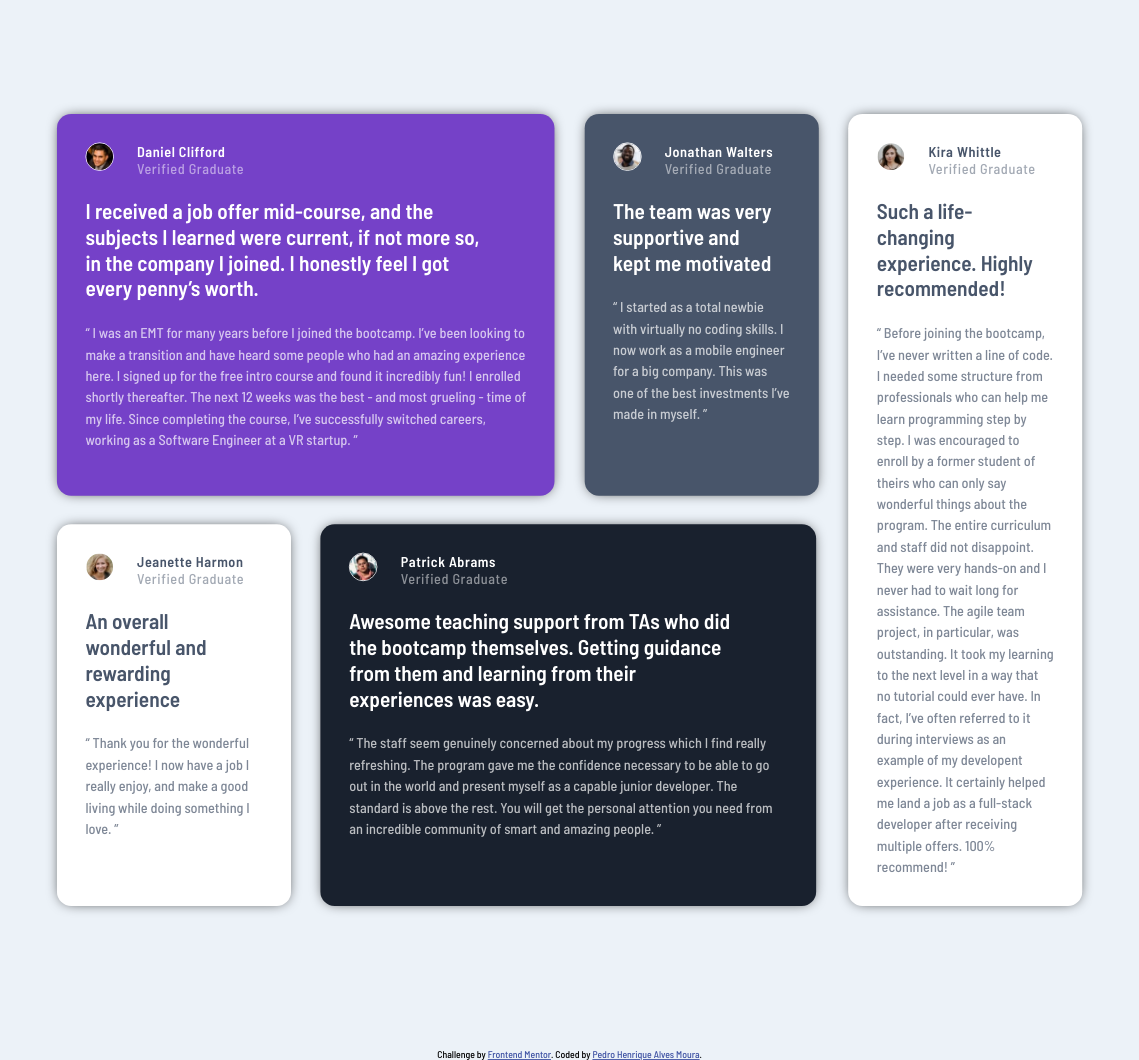
Repository: Pedrohamoura-Git/Frontend-Mentor-Challenges
Page: Junior/testimonials-grid-section-main/index.html
These files come from the project's save history. The page is drawn as it stood at one moment and after the next save; the edit follows.
The browser window is 1280 px wide. The pictures show the whole page, at 89% of full size.

Above is the page before, as saved 2021-06-02 10:07:22.

### Junior/testimonials-grid-section-main/index.html
<!DOCTYPE html>
<html lang="en">
<head>
  <meta charset="UTF-8">
  <meta name="viewport" content="width=device-width, initial-scale=1.0"> <!-- displays site properly based on user's device -->

  <link rel="stylesheet" href="css/style.css">

  <title>Frontend Mentor | [Challenge Name Here]</title>

  <!-- Feel free to remove these styles or customise in your own stylesheet 👍 -->
  <style>
    .attribution { font-size: 11px; text-align: center; }
    .attribution a { color: hsl(228, 45%, 44%); }
  </style>
</head>
<body>

  <div id="wrapper">
    <div id="cards">
      <div id="card1">
        <header>
          <div class="picture">
            <img  src="images/image-daniel.jpg" alt="Daniel Clifford's Picture">
          </div>

          <div class="profile">
            <p>Daniel Clifford</p>
            <p class="status">Verified Graduate</p>
          </div>
          <div class="quotes"></div>
        </header>


        <h2>I received a job offer mid-course, and the subjects I learned were current, if not more so, in the company I joined. I honestly feel I got every penny’s worth.</h2>

        <p class="reviews">“ I was an EMT for many years before I joined the bootcamp. I’ve been looking to make a transition and have heard some people who had an amazing experience here. I signed up for the free intro course and found it incredibly fun! I enrolled shortly thereafter. The next 12 weeks was the best - and most grueling - time of my life. Since completing the course, I’ve successfully switched careers, working as a Software Engineer at a VR startup. ”</p>
      </div>

      <div id="card2">
        <header>
          <div class="picture">
            <img src="images/image-jonathan.jpg" alt="Jonathan Walters's Picture">
          </div>

          <div class="profile">
            <p>Jonathan Walters</p>
            <p class="status">Verified Graduate</p>
          </div>
        </header>

        <h2>The team was very supportive and kept me motivated</h2>

        <p class="reviews">“ I started as a total newbie with virtually no coding skills. I now work as a mobile engineer
          for a big company. This was one of the best investments I’ve made in myself. ”</p>
      </div>


      <div id="card3">
        <header>
          <div class="picture">
            <img src="images/image-jeanette.jpg" alt="Jeanette Harmon's Picture">
          </div>

          <div class="profile">
            <p>Jeanette Harmon</p>
            <p class="status">Verified Graduate</p>
          </div>
        </header>

        <h2>An overall wonderful and rewarding experience</h2>

        <p class="reviews">“ Thank you for the wonderful experience! I now have a job I really enjoy, and make a good living
          while doing something I love. ”</p>
      </div>

      <div id="card4">
        <header>
          <div class="picture">
            <img src="images/image-patrick.jpg" alt="Patrick Abrams's Picture">
          </div>

          <div class="profile">
            <p>Patrick Abrams</p>
            <p class="status">Verified Graduate</p>
          </div>
        </header>

        <h2>Awesome teaching support from TAs who did the bootcamp themselves. Getting guidance from them and
          learning from their experiences was easy.</h2>

        <p class="reviews">“ The staff seem genuinely concerned about my progress which I find really refreshing. The program
          gave me the confidence necessary to be able to go out in the world and present myself as a capable
          junior developer. The standard is above the rest. You will get the personal attention you need from
          an incredible community of smart and amazing people. ”</p>
      </div>

      <div id="card5">
        <header>
          <div class="picture">
            <img src="images/image-kira.jpg" alt="Kira Whittle's Picture">
          </div>

          <div class="profile">
            <p>Kira Whittle</p>
            <p class="status">Verified Graduate</p>
          </div>
        </header>

        <h2>Such a life-changing experience. Highly recommended!</h2>

        <p class="reviews">“ Before joining the bootcamp, I’ve never written a line of code. I needed some structure from
          professionals who can help me learn programming step by step. I was encouraged to enroll by a former
          student of theirs who can only say wonderful things about the program. The entire curriculum and staff
          did not disappoint. They were very hands-on and I never had to wait long for assistance. The agile team
          project, in particular, was outstanding. It took my learning to the next level in a way that no tutorial
          could ever have. In fact, I’ve often referred to it during interviews as an example of my developent
          experience. It certainly helped me land a job as a full-stack developer after receiving multiple offers.
          100% recommend! ”</p>
      </div>
    </div>
  </div>


  <div class="attribution">
    Challenge by <a href="https://www.frontendmentor.io?ref=challenge" target="_blank">Frontend Mentor</a>.
    Coded by <a href="#">Pedro Henrique Alves Moura</a>.
  </div>
</body>
</html>

### Junior/testimonials-grid-section-main/css/style.css
/*
** Core Formats
*/
    @import url('https://fonts.googleapis.com/css2?family=Barlow+Semi+Condensed:ital,wght@0,500;0,600;1,500;1,600&display=swap');


    * {
        box-sizing: border-box;
        font-family: "Barlow Semi Condensed";
        margin: 0;
        padding: 0;

    }

    html {
        Font-size: 13px;
    }

    body {
        background: hsl(210, 46%, 95%);
    }


/*
** Common Formats
*/
    #cards {
        color: white;
        margin: 10% auto;
        min-width: 200px;
        width: 90%;

        /* border: 1px solid red; */
    }
    #cards .picture img {
        border: 1.5px solid white;
        border-radius: 3rem;
        width: 55%;
    }

    #cards h2 {
        font-size: 1.5rem;
        margin-bottom: 1.5rem;
        max-width: 90%;
    }

    #cards div.profile {
        letter-spacing: .04rem;
        margin-bottom: 1.5rem;
    }

    #cards div.profile :first-child {
        font-weight: 600;
    }

    #cards div.profile p.status {
        opacity: 50%;
    }

    #cards p.reviews {
        font-size: 1rem;
        line-height: 1.5rem;
        opacity: 70%;
    }

    #card1, #card2, #card3, #card4, #card5 {
        border-radius: 1rem;
        box-shadow: 0 0 1rem -5px black;
        margin-bottom: 2rem;
        padding: 2rem;
    }


    header {
        display: flex;
    }



    /* CONFIGURAR A IMAGEM DE ASPAS DEPOIS


         #cards #card1 h2 {
        z-index: 10;
    }


    #card1 ::before {
        content: '';
        background: url(../images/bg-pattern-quotation.svg)no-repeat;
        width: 30%;
        height: 20%;
        position: absolute;
        top: 3rem;
        right: 2rem;
        z-index: 2;
    }
    } */




/*
** Card #1
*/
    #card1 {
        background: hsl(263, 55%, 52%);
    }



/*
** card #2
*/

    #card2 {
        background: hsl(217, 19%, 35%);
    }


/*
** card #3
*/
    #card3 {
        background: white;
        color: hsl(217, 19%, 35%);
    }


/*
** card #4
*/
    #card4 {
        background: hsl(219, 29%, 14%);
    }



/*
** card #5
*/
    #card5 {
        background: white;
        color: hsl(217, 19%, 35%);
    }


    /*
    ** Tablet Layout
    */
        @media (min-width: 720px) {

            html {
                font-size: 16px;
            }

            #cards {
                display: grid;
                grid-template-columns: repeat(2, 1fr);
                column-gap: 2.1rem;
            }

            #card1 {
                grid-column: 1 / span 2;
            }

            #card4 {
                grid-column: 1 / span 2;
            }

            #card5 {
                grid-column: 1 / span 2;
            }
        }



    /*
    ** Desktop - Layout
    */
        @media (min-width: 1080px) {
            #cards {
                display: grid;
                grid-template-columns: repeat(4, 1fr);
                grid-template-rows: repeat(2, 1fr);
            }


            #card1 {
                grid-column: 1 / span 2;
                grid-row: 1;
            }

            #card4 {
                grid-column: 2 / span 3;
                grid-row: 2;
                width: 65%;
            }


            #card5 {
                grid-column: 4;
                grid-row: 1 / span 2;
            }
        }

After the next save:
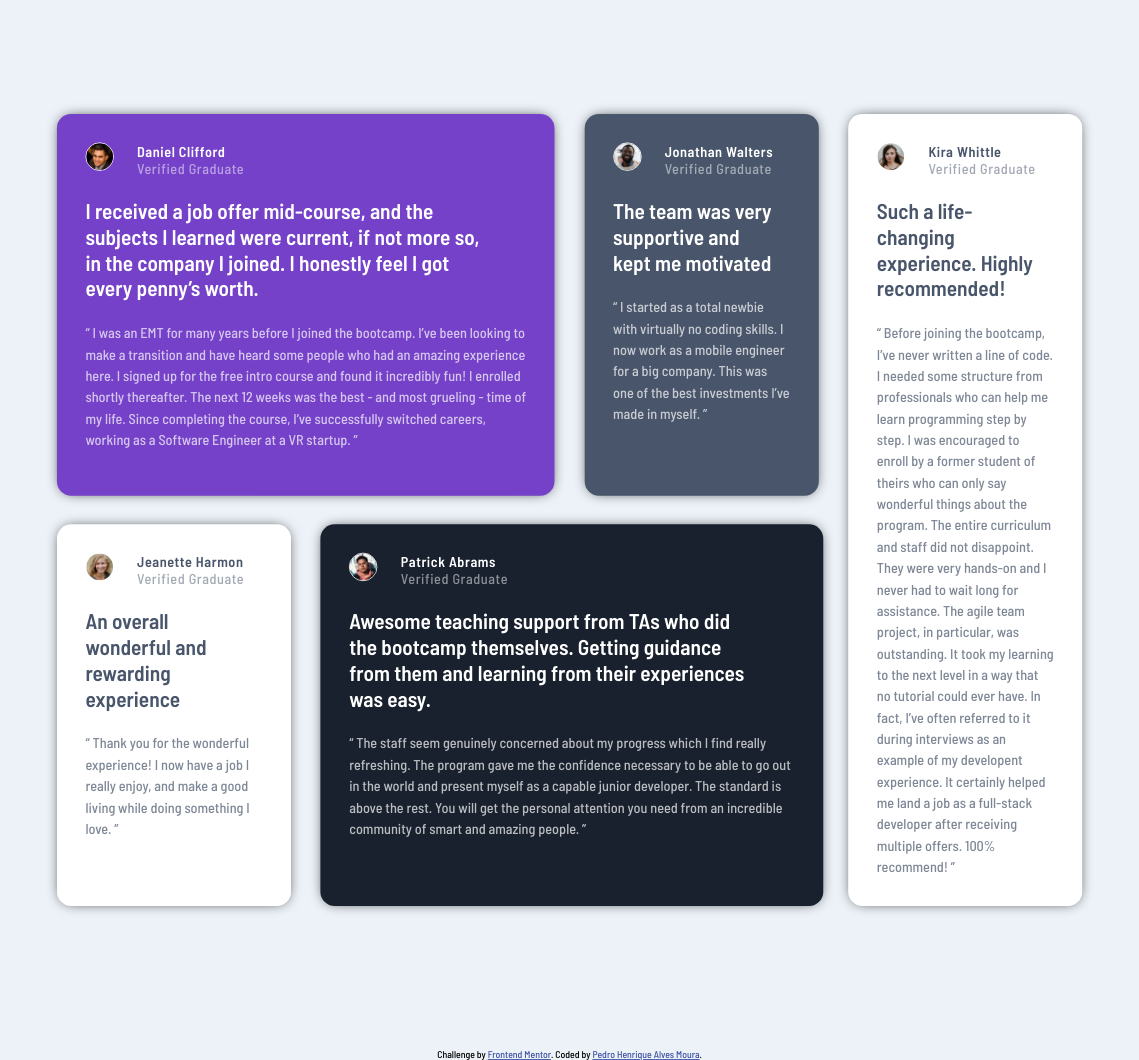
Saved 37 s later.
--- a/Junior/testimonials-grid-section-main/css/style.css
+++ b/Junior/testimonials-grid-section-main/css/style.css
@@ -194,7 +194,7 @@
             #card4 {
                 grid-column: 2 / span 3;
                 grid-row: 2;
-                width: 65%;
+                width: 66%;
             }
 
 
